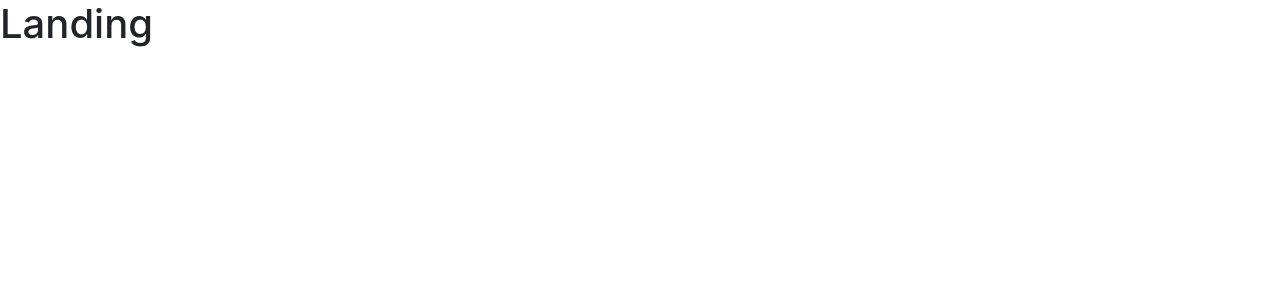
Repository: mel-berk/file-sharing
Page: /
The author's editor kept a copy of each file at every save. The page is drawn from the files as they stood at one save, then again after the next save.
The browser window is 1280 px wide. The pictures show the whole page.
The project was rebuilt for these pictures with package versions that can differ from the ones it lists, and the page was loaded fresh each time. Also part of the build but not shown: src/components/authentication/CenteredContainer.js, src/components/authentication/Signup.js, src/components/authentication/Profile.js, src/components/authentication/Login.js, src/components/authentication/ForgotPassword.js, src/components/authentication/UpdateProfile.js, src/hooks/useFolder.js, src/components/google-drive/AddFolderButton.js and 6 more.

Above is the page before, as saved 2021-06-14 00:01:33.

### src/components/App.js
import React from "react"
import Signup from "./authentication/Signup"
import { AuthProvider } from "../contexts/AuthContext"
import { BrowserRouter as Router, Switch, Route } from "react-router-dom"
import Landing from "./authentication/Landing"
import Profile from "./authentication/Profile"
import Login from "./authentication/Login"
import navbar2 from "./authentication/navbar2"
import PrivateRoute from "./authentication/PrivateRoute"
import ForgotPassword from "./authentication/ForgotPassword"
import UpdateProfile from "./authentication/UpdateProfile"
import Dashboard from "./google-drive/Dashboard"

function App() {
  return (
    <Router>
      <AuthProvider>
        <Switch>
          {/* Drive */}
          <PrivateRoute exact path="/" component={Dashboard} />
          <PrivateRoute exact path="/folder/:folderId" component={Dashboard} />

          {/* Profile */}
          <PrivateRoute path="/user" component={Profile} />
          <PrivateRoute path="/update-profile" component={UpdateProfile} />
          <div>
            <navbar2/>
            <Route path="/landing" component={Landing} />
            <Route path="/signup" component={Signup} />
            <Route path="/login" component={Login} />
            <Route path="/forgot-password" component={ForgotPassword} />
          </div>
        </Switch>
      </AuthProvider>
    </Router>
  )
}

export default App

### src/contexts/AuthContext.js
import React, { useContext, useState, useEffect } from "react"
import { auth } from "../firebase"

const AuthContext = React.createContext()

export function useAuth() {
  return useContext(AuthContext)
}

export function AuthProvider({ children }) {
  const [currentUser, setCurrentUser] = useState()
  const [loading, setLoading] = useState(true)

  function signup(email, password) {
    return auth.createUserWithEmailAndPassword(email, password)
  }

  function login(email, password) {
    return auth.signInWithEmailAndPassword(email, password)
  }

  function logout() {
    return auth.signOut()
  }

  function resetPassword(email) {
    return auth.sendPasswordResetEmail(email)
  }

  function updateEmail(email) {
    return currentUser.updateEmail(email)
  }

  function updatePassword(password) {
    return currentUser.updatePassword(password)
  }

  useEffect(() => {
    const unsubscribe = auth.onAuthStateChanged(user => {
      setCurrentUser(user)
      setLoading(false)
    })

    return unsubscribe
  }, [])

  const value = {
    currentUser,
    login,
    signup,
    logout,
    resetPassword,
    updateEmail,
    updatePassword
  }

  return (
    <AuthContext.Provider value={value}>
      {!loading && children}
    </AuthContext.Provider>
  )
}

### src/components/authentication/PrivateRoute.js
import React from "react"
import { Route, Redirect } from "react-router-dom"
import { useAuth } from "../../contexts/AuthContext"

export default function PrivateRoute({ component: Component, ...rest }) {
  const { currentUser } = useAuth()

  return (
    <Route
      {...rest}
      render={props => {
        return currentUser ? <Component {...props} /> : <Redirect to="/landing" />
      }}
    ></Route>
  )
}

### src/firebase.js
import firebase from "firebase/app"
import "firebase/auth"
import "firebase/firestore"
import "firebase/storage"

const app = firebase.initializeApp({
  apiKey: "AIzaSyBUHUZD3mwVhmMFX1jo1ieusGHcgzLM30c",
  authDomain: "file-sharing-web.firebaseapp.com",
  projectId: "file-sharing-web",
  storageBucket: "file-sharing-web.appspot.com",
  messagingSenderId: "272399786326",
  appId: "1:272399786326:web:daf42de63eaa842b7036f7"
})

const firestore = app.firestore()
export const database = {
  folders: firestore.collection("folders"),
  files: firestore.collection("files"),
  formatDoc: doc => {
    return { id: doc.id, ...doc.data() }
  },
  getCurrentTimestamp: firebase.firestore.FieldValue.serverTimestamp,
}
export const storage = app.storage()
export const auth = app.auth()
export default app

### src/components/authentication/navbar2.js
import React from "react"
import { Navbar, Nav } from "react-bootstrap"
import { Link } from "react-router-dom"

export default function Navbar2() {
  return (
    <Navbar bg="light" expand="sm">
      <Navbar.Brand as={Link} to="/">
        WDS Drive
      </Navbar.Brand>
      <Nav>
        <Nav.Link as={Link} to="/login">
          Login
        </Nav.Link>
      </Nav>
    </Navbar>
  )
}

Loaded but not shown: public/index.html (common file); src/index.js (common file); src/components/authentication/Landing.js (common file)

After the next save:
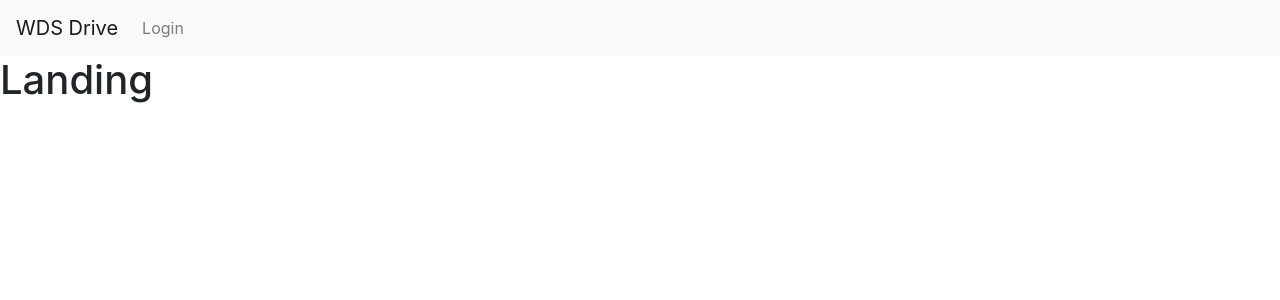
Saved 58 s later.
--- a/src/components/App.js
+++ b/src/components/App.js
@@ -5,7 +5,7 @@ import { BrowserRouter as Router, Switch, Route } from "react-router-dom"
 import Landing from "./authentication/Landing"
 import Profile from "./authentication/Profile"
 import Login from "./authentication/Login"
-import navbar2 from "./authentication/navbar2"
+import Navbar2 from "./authentication/navbar2"
 import PrivateRoute from "./authentication/PrivateRoute"
 import ForgotPassword from "./authentication/ForgotPassword"
 import UpdateProfile from "./authentication/UpdateProfile"
@@ -24,7 +24,7 @@ function App() {
           <PrivateRoute path="/user" component={Profile} />
           <PrivateRoute path="/update-profile" component={UpdateProfile} />
           <div>
-            <navbar2/>
+            <Navbar2/>
             <Route path="/landing" component={Landing} />
             <Route path="/signup" component={Signup} />
             <Route path="/login" component={Login} />
